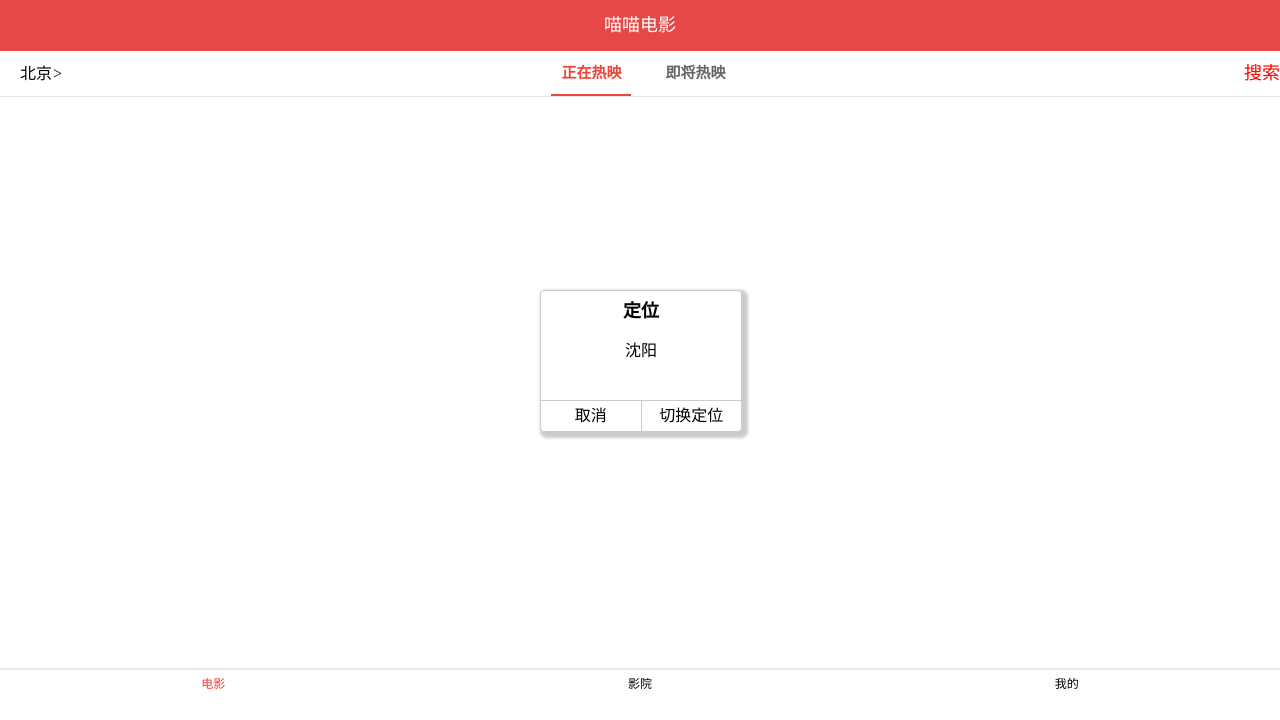
Repository: X-J-0/miaomiao_film
Page: /movie (app in miaomiao/)
These files come from the project's save history. The page is drawn as it stood at one moment and after the next save; the edit follows.
The browser window is 1280 px wide. The pictures show the whole page.
The page's requests for data from a server got no answer. The project was rebuilt for these pictures with package versions that can differ from the ones it lists, and the page was loaded fresh each time. No one was signed in, and anything a server would have sent is missing. Also part of the build but not shown: miaomiao/vue.config.js.

Above is the page before, as saved 2020-04-11 20:49:51.

### miaomiao/public/index.html
<!DOCTYPE html>
<html lang="en">
  <head>
    <meta charset="utf-8">
    <meta http-equiv="X-UA-Compatible" content="IE=edge">
    <meta name="viewport" content="width=device-width,initial-scale=1.0,user-scalable=no">
    <link rel="icon" href="<%= BASE_URL %>favicon.ico">
    <link rel="stylesheet" href="<%= BASE_URL %>css/common.css">
    <!-- <link rel="stylesheet" href="<%= BASE_URL %>css/common.css"> -->
    <title><%= htmlWebpackPlugin.options.title %></title>
  </head>
  <body>
    <noscript>
      <strong>We're sorry but <%= htmlWebpackPlugin.options.title %> doesn't work properly without JavaScript enabled. Please enable it to continue.</strong>
    </noscript>
    <div id="app">喵喵网努力加载中...</div>
    <!-- built files will be auto injected -->
  <style>
    #app{display:flex;}
    #app div{margin:auto;}
  </style>
  </body>
</html>

### miaomiao/src/main.js
import Vue from 'vue'
import App from './App.vue'
import router from './router'
import store from './store'
import axios from 'axios'
Vue.prototype.axios = axios;
Vue.filter('setWH',(url,arg)=>{
  return url.replace(/w\.h/,arg);
});


import Loading from '@/components/loading'
Vue.component('Loading',Loading);

Vue.config.productionTip = false

new Vue({
  router,
  store,
  render: h => h(App)
}).$mount('#app')

### miaomiao/src/App.vue
<template>
    <keep-alive>
        <router-view/>
    </keep-alive>
</template>

<style lang="scss">
</style>

### miaomiao/src/router/index.js
import Vue from 'vue'
import VueRouter from 'vue-router'
import movieRouter from './movie'
import mineRouter from './mine'
import cinemaRouter from './cinema'

Vue.use(VueRouter)


const router = new VueRouter({
  mode: 'history',
  base: process.env.BASE_URL,
  routes: [
    movieRouter,
    mineRouter,
    cinemaRouter,
    {
      path:'/*',
      redirect:'/movie'
    }
  ]
})

export default router

### miaomiao/src/store/index.js
import Vue from 'vue'
import Vuex from 'vuex'
import city from './city'
import user from './user'

Vue.use(Vuex)

export default new Vuex.Store({
  state: {
  },
  mutations: {
  },
  actions: {
  },
  modules: {
  },
  modules:{
    city,
    user
  }
})

### miaomiao/src/components/loading/index.vue
<template>
<div class="loader"></div>
</template>

<script>
export default {
  name:'Loading',
  data(){
   return {

   }
  }
}
</script>

<style scoped>
.loader {
  position: relative;
  width: 2.5em;
  height: 2.5em;
  transform: rotate(165deg);
}
.loader:before, .loader:after {
  content: '';
  position: absolute;
  top: 50%;
  left: 50%;
  display: block;
  width: 0.5em;
  height: 0.5em;
  border-radius: 0.25em;
  transform: translate(-50%, -50%);
}
.loader:before {
  animation: before 2s infinite;
}
.loader:after {
  animation: after 2s infinite;
}

@keyframes before {
  0% {
    width: 0.5em;
    box-shadow: 1em -0.5em rgba(225, 20, 98, 0.75), -1em 0.5em rgba(111, 202, 220, 0.75);
  }
  35% {
    width: 2.5em;
    box-shadow: 0 -0.5em rgba(225, 20, 98, 0.75), 0 0.5em rgba(111, 202, 220, 0.75);
  }
  70% {
    width: 0.5em;
    box-shadow: -1em -0.5em rgba(225, 20, 98, 0.75), 1em 0.5em rgba(111, 202, 220, 0.75);
  }
  100% {
    box-shadow: 1em -0.5em rgba(225, 20, 98, 0.75), -1em 0.5em rgba(111, 202, 220, 0.75);
  }
}
@keyframes after {
  0% {
    height: 0.5em;
    box-shadow: 0.5em 1em rgba(61, 184, 143, 0.75), -0.5em -1em rgba(233, 169, 32, 0.75);
  }
  35% {
    height: 2.5em;
    box-shadow: 0.5em 0 rgba(61, 184, 143, 0.75), -0.5em 0 rgba(233, 169, 32, 0.75);
  }
  70% {
    height: 0.5em;
    box-shadow: 0.5em -1em rgba(61, 184, 143, 0.75), -0.5em 1em rgba(233, 169, 32, 0.75);
  }
  100% {
    box-shadow: 0.5em 1em rgba(61, 184, 143, 0.75), -0.5em -1em rgba(233, 169, 32, 0.75);
  }
}
/**
 * Attempt to center the whole thing!
 */
html,
body {
  height: 100%;
}

.loader {
  position: absolute;
  top: calc(50% - 1.25em);
  left: calc(50% - 1.25em);
}
</style>

### miaomiao/src/router/movie/index.js
export default {
    path:'/movie',
    component : () => import('@/views/Movie'),
    children:[
        {
            path:'city',
            component:()=>import('@/components/City')
        },
        {
            path:'nowPlaying',
            component:()=>import('@/components/NowPlaying')
        },
        {
            path:'comingSoon',
            component:()=>import('@/components/ComingSoon')
        },
        {
            path:'search',
            component:()=>import('@/components/Search')
        },
        {
            path:'detail/1/:movieId',
            components:{
                detail:()=>import('@/views/Movie/detail')
            },
            props:{
                detail:true
            }
        },
        {
            path:'/movie',
            redirect:'/movie/nowPlaying'
        }
    ]
}

### miaomiao/src/router/mine/index.js
export default {
    path:'/mine',
    component : () => import('@/views/Mine'),
    children:[
        {
            path:'center',
            component:()=>import('@/views/Mine/center.vue')
        },
        {
            path:'login',
            component:()=>import('@/components/Login')
        },
        {
            path:'register',
            component:()=>import('@/components/Register')
        },
        {
            path:'findPassword',
            component:()=>import('@/components/FindPassword')
        },
        {
            path:'/mine',
            redirect:'center'
        }
    ]
}

### miaomiao/src/router/cinema/index.js
export default {
    path:'/cinema',
    component : () => import('@/views/Cinema'),
    children:[
        {
            path:'allocate',
            component:()=>import('@/components/Allocate')
        },
        {
            path:'brand',
            component:()=>import('@/components/Brand')
        },
        {
            path:'special',
            component:()=>import('@/components/Special')
        },
        {
            path:'/cinema',
            redirect:'/cinema/allocate'
        }
    ]
}

### miaomiao/src/store/city/index.js
const state = {
    nm:window.localStorage.getItem('nowNm') || '北京',
    id:window.localStorage.getItem('nowId') || 1
};
const actions = {

};
const mutations = {
    CITY_INFO(state,payload){
        state.nm = payload.nm;
        state.id = payload.id;
    }
};
export default{
    namespaced:true,
    state,
    actions,
    mutations
}

### miaomiao/src/store/user/index.js
const state = {
    name:''
};
const actions = {

};
const mutations = {
    USER_NAME(state,payload){
        state.name = payload.name;
    }
};
export default{
    namespaced:true,
    state,
    actions,
    mutations
}

### miaomiao/src/views/Movie/index.vue
<template>
    <div id="main">
        <Header title="喵喵电影"/>
        <div id="content">
          <div class="movie_menu">
          <router-link tag="div" to="/movie/city" class="city_name">
            <span>{{$store.state.city.nm}}</span><i>></i>
          </router-link>
          <div class="hot_switch">
            <router-link tag="div" to="/movie/nowPlaying" class="hot_item">正在热映</router-link>
            <router-link tag="div" to="/movie/comingSoon" class="hot_item">即将热映</router-link>
          </div>
          <div class="search_entry">
            <router-link tag="div" to="/movie/search">搜索</router-link>
          </div>
          </div>
          <keep-alive>
            <router-view/>
          </keep-alive>
        </div>
        <TabBar />

        <router-view name="detail"/>
    </div>
</template>

<script>

import Header from '@/components/Header';
import TabBar from '@/components/TabBar';
import {messageBox} from '@/components/JS'
export default {
  name:'Movie',
  components : {
    Header,
    TabBar
  },
  mounted(){
    messageBox({
      title:'定位',
      content:'沈阳',
      cancel:'取消',
      ok:'切换定位',
      handleCancel(){
        console.log(1);
      },
      handleOk(){
        console.log(2);
      }
    })
  }
}
</script>

<style scoped>
  #content{flex:1;overflow:auto;margin-bottom:50px;position: relative;display:flex;flex-direction: column;}
  #content .movie_menu{width:100%;height:45px;border-bottom:1px solid #e6e6e6;display: flex;justify-content: space-between;}
  .movie_menu .city_name{margin-left:20px;height:100%;line-height:45px;}
  .movie_menu .city_name.active{color:#ef4238;border-bottom:2px #ef4238 solid;}
  .movie_menu .city_name.router-link-active{color:#ef4238;border-bottom:2px #ef4238 solid;}
  .movie_menu .hot_switch{display:flex;height:100%; line-height: 45px;}
  .movie_menu .hot_item{font-size:15px; color:#666;width:80px;text-align: center;margin:0 12px;font-weight: 700;}
  .movie_menu .hot_item.active{color:#ef4238;border-bottom:2px #ef4238 solid;}
  .movie_menu .hot_item.router-link-active{color:#ef4238;border-bottom:2px #ef4238 solid;}
  .movie_menu .search_entry{margin-left:20px;height:100%;line-height:45px;}
  .movie_menu .search_entry.active{color:#ef4238;border-bottom:2px #ef4238 solid;}
  .movie_menu .search_entry.router-link-active{color:#ef4238;border-bottom:2px #ef4238 solid;}
  .movie_menu .search_entry div{font-size:18px;color:red;}
</style>

### miaomiao/src/components/NowPlaying/index.vue
<template>
<div class="movie_body">
    <Loading v-if="isLoading"/>
    <ul v-else>
        <li v-for="item in movieList" :key="item.id">
            <div class="pic_show" @click="handleToDetail(item.id)"><img :src="item.img | setWH('128.180') "></div>
            <div class="info_list">
                <h2 @click="handleToDetail(item.id)">{{item.nm}}</h2>
                <p>观众评价<span class="grade">{{item.sc}}</span></p>
                <p>主演：{{item.star}}</p>
                <p>播放了{{item.wish}}次</p>
            </div>
            <div class="btn_pre">
              购票
            </div>
        </li>
    </ul>
</div>
</template>

<script>
export default {
  name:'NowPlaying',
  data(){
   return {
       movieList:[],
       isLoading:true,
       prevCityId:-1
   }
  },
   activated(){
       var cityId = this.$store.state.city.id;
       if(this.prevCityId === cityId){return;}
       this.isLoading = true;
       this.isLoading = true;
       this.axios.get('/api/movieOnInfoList?cityId='+cityId).then((res)=>{
           var msg = res.data.msg;
           if(msg === 'ok'){
               this.movieList = res.data.data.movieList;
               this.isLoading = false;
               this.prevCityId = cityId;
           }
       })
   },
   methods:{
       handleToDetail(movieId){
           this.$router.push('/movie/detail/1/' + movieId);
       }
   }
  }
</script>

<style scoped>
    #content .movie_body{
        flex:1;
        overflow:auto;
    }
    .movie_body ul{
        margin:0 12px;
        overflow:hidden;
    }
    .movie_body ul li{
        margin-top:12px;display:flex;align-items:center;border-bottom:1px solid #e6e6e6;padding-bottom:10px;
    }
    .movie_body .pic_show{width:64px; height:90px;}
    .movie_body .pic_show img{width:100%;}
    .movie_body .info_list{margin-top:50px;margin-left:10px;flex:1;position: relative;}
    .movie_body .info_list h2{font-size:17px;line-height: 24px;width:150px;overflow:hidden;white-space:nowrap;text-overflow:ellipsis;}
    .movie_body .info_list p{font-size:13px;color:#666;line-height: 22px;width:200px;overflow:hidden;white-space:nowrap;text-overflow:ellipsis;}
    .movie_body .info_list .grade{font-weight: 700;color:#faaf00;font-size:15px;}
    .pic_show img{width:50px;position: relative;right:10px;top:20px;}
    .movie_body .btn_mall, .movie_body .btn_pre{width:47px;height:27px;line-height: 28px;text-align: center;background-color: #f03d37;color:#fff;border-radius: 5%;}
    .movie_body .btn_pre{background-color: #3c9fe6;}
</style>

### miaomiao/src/components/Header/index.vue
<template>
    <header id="header">
        <slot></slot><h1>{{title}}</h1>
    </header>
</template>

<script>
export default {
  name:'Header',
  props:{
      title:{
          type:String,
          default:'喵喵电影'
      }
  }
}
</script>

<style scoped>
#header{width:100%;height:50px;color:#fff;background-color: #e54847;border-bottom:1px solid #e54847;position: relative;}
#header h1{font-size:18px;text-align: center;line-height: 50px; font-weight: normal;}
#header i{position:absolute;left:5px;top:50%;margin-top:-13px;font-size:26px;}
</style>

### miaomiao/src/components/TabBar/index.vue
<template>
    <footer id="footer">
        <ul>
            <router-link tag="li" to="/movie">
                <!-- <i class="iconfont icon-dianying"></i> -->
                <p>电影</p>
            </router-link>
            <router-link tag="li" to="/cinema">
                <!-- <i class="iconfont icon-yingyuan"></i> -->
                <p>影院</p>
            </router-link>
            <router-link tag="li" to="/mine">
                <!-- <i class="iconfont icon-dianying"></i> -->
                <p>我的</p>
            </router-link>
        </ul>
    </footer>
</template>

<script>
export default {
  name:'Footer',
  data(){
   return {

   }
  }
}
</script>

<style scoped>
#footer{width:100%; height:50px;background-color: #fff;border-top:2px #ebe8e3 solid;position:fixed;left:0;bottom:0;}
#footer ul{display:flex;text-align: center;height:50px;align-items:center;}
#footer ul li{flex:1;height:40px;}
#footer ul li.active{color:#f03d37;}
#footer ul li.router-link-active{color:#f03d37;}
#footer ul i{font-size:20px;}
#footer ul p{font-size:12px;line-height:18px;}
</style>

### miaomiao/src/components/JS/index.js
import Vue from 'vue';
import MessageBox from './MessageBox';

export var messageBox = (function(){
    var defaults = {
        title:'',
        content:'',
        cancel:'',
        ok:'',
        handleCancel:null,
        handleOk:null
    };
    var Mycomponent = Vue.extend(MessageBox);
    return function(opts){
        for(var arr in opts){
            defaults[arr] = opts[arr];
        }
        var vm = new Mycomponent({
            el:document.createElement('div'),
            data:{
                title:defaults.title,
                content:defaults.content,
                cancel:defaults.cancel,
                ok:defaults.ok
            },
            methods:{
                handleCancel(){
                    defaults.handleCancel && defaults.handleCancel.call(this);
                    document.body.removeChild(vm.$el);
                },
                handleOk(){
                    defaults.handleOk && defaults.handleOk.call(this);
                    document.body.removeChild(vm.$el);
                }
            }
        });
        document.body.appendChild(vm.$el);
    };
})();

### miaomiao/src/components/JS/MessageBox/index.vue
<template>
    <div class="messageBox">
        <h2>{{title}}</h2>
        <p>{{content}}</p>
        <div>
            <div @click="handleCancel">{{cancel}}</div>
            <div @click="handleOk">{{ok}}</div>
        </div>
    </div>
</template>

<script>
export default {
  name:'MessageBox'
}
</script>

<style scoped>
.messageBox{width:200px;height:140px;border:1px #ccc solid;border-radius: 4px;background-color:white;box-shadow:3px 3px 3px 3px #ccc;position:absolute;left:50%;top:50%;margin:-70px 0 0 -100px;}
.messageBox h2{text-align: center;line-height: 40px;font-size: 18px;}
.messageBox p{text-align: center;line-height: 40px;}
.messageBox > div{display:flex;position:absolute;bottom:0;width:100%;border-top:1px #ccc solid;}
.messageBox > div div{flex:1;text-align: center;line-height: 30px;border-right:1px #ccc solid;}
.messageBox > div div:last-child{border:none;}


</style>

### miaomiao/public/css/common.css
*{ margin : 0; padding : 0;}
ul,li{ list-style: none}
img{ display: block}
html, body{ height:100%}
.clearfix:after{ content:""; display:block; clear:both}
#main{ height: 100%; display: flex; flex-direction: column;}
#content{ flex:1; overflow:auto; margin-bottom: 50px;position: relative;display: flex;flex-direction: column;}

After the next save:
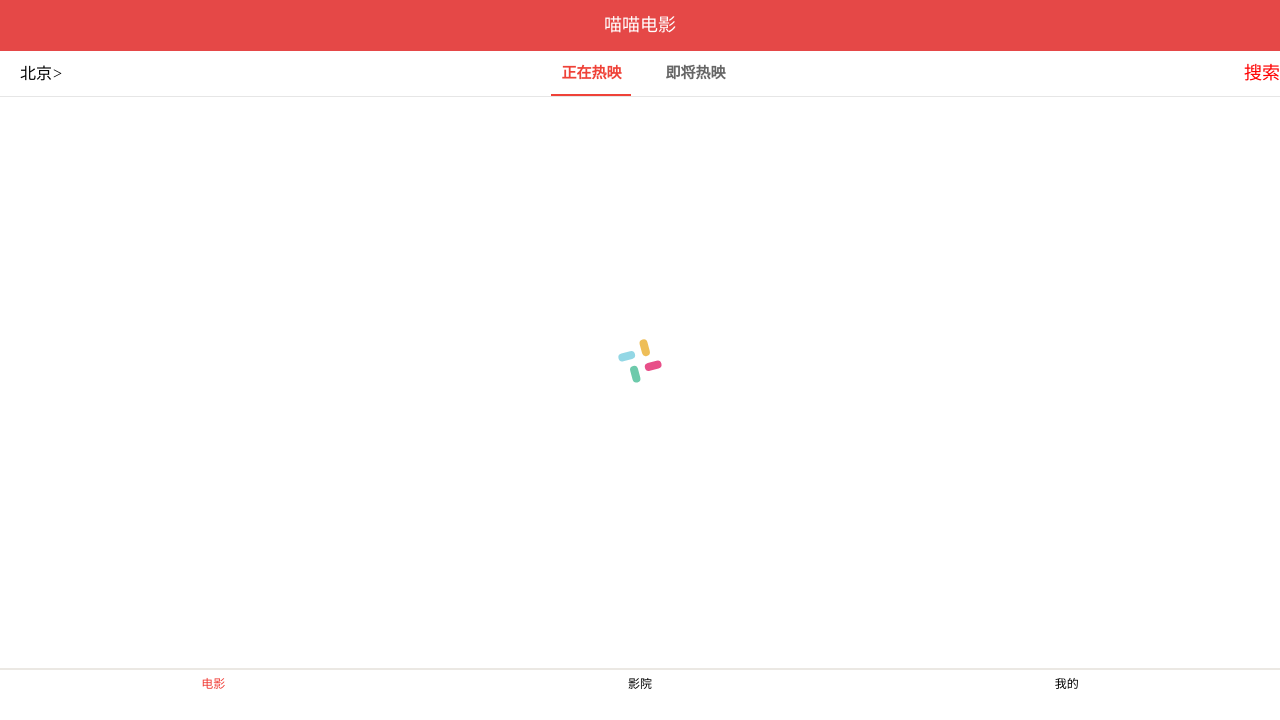
Saved 3 min 15 s later.
--- a/miaomiao/src/views/Movie/index.vue
+++ b/miaomiao/src/views/Movie/index.vue
@@ -36,18 +36,27 @@ export default {
     TabBar
   },
   mounted(){
-    messageBox({
-      title:'定位',
-      content:'沈阳',
-      cancel:'取消',
-      ok:'切换定位',
-      handleCancel(){
-        console.log(1);
-      },
-      handleOk(){
-        console.log(2);
-      }
-    })
+    setTimeout(()=>{
+        this.axios.get('/api/getLocation').then((res)=>{
+        var msg = res.data.msg;
+        if(msg === 'ok'){
+        messageBox({
+          title:'定位',
+          content:'沈阳',
+          cancel:'取消',
+          ok:'切换定位',
+          handleCancel(){
+            console.log(1);
+          },
+          handleOk(){
+            console.log(2);
+          }
+        })
+        }
+      })
+    },3000);
+
+
   }
 }
 </script>
